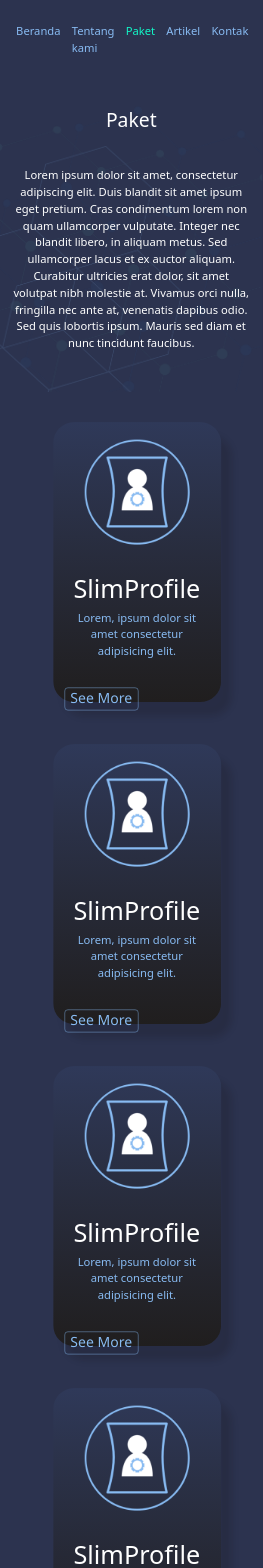
Repository: alfathard/dniztechno
Page: resources/views/product.blade.php
An editor plug-in stored every save of this project. The page is shown before and after the next save, followed by the edit.
The browser window is 375 px wide. The pictures show the part of the page from y = 0 to 2240 px (the page is 4250 px tall before and 4143 px after), at 70% of full size.
Some web libraries are served in a nearby version. The page is served by the project's Laravel application, run on PHP 8.4 with Laravel 8. Other server files are loaded and not shown. The template is opened directly, without the code that normally fills it, so the values that code supplies are empty.

Above is the page before, as saved 2025-03-22 09:39:25.
Console error: ReferenceError: $ is not defined

### public/css/style.css
/* nav-link
font-family: Segoe UI;
font-style: normal;
font-weight: normal;
font-size: 25px;

color: rgba(136,187,242,1);
color: rgba(18,248,200,1); */
html, body {
    height: 100%;
    background-color:#2c334f;
  }
.navbar-nav{
    margin-right: 50px;
    margin-left:auto;
    margin-top: 25px;
}
.nav-link{
color: rgba(136,187,242,1);
}
.nav-link.active {
    color: rgba(18,248,200,1);
  }

.ss-heading{
    background-color:#2c334f;
    height: 100%;
    padding-top:70px;
    position: relative;
}
.ss-heading-warp{
    position: relative;
    height: 100%;
    overflow: hidden;
}
.ss-heading:before{
    height: 100%;
    content:" ";
    opacity: 0.5;
    position: absolute;
    width: 100%;
    margin-bottom: 0px;
    background-image: url('/assets/images/heading/Ornament_2x_yb@2x.png'),url('/assets/images/heading/Ornament_2x@2x.png');
    background-size: 700px auto;
    background-repeat: no-repeat,no-repeat;
    background-position: -135px 0px,765px 180px;
}
.ss-heading-data{
    margin-top: 60px;
    margin-left: 20px;
    margin-right: 20px;
}
.ss-heading-logo{
    background-image: url('/assets/images/logos/Logo_Main_2x@2x.png');
    background-repeat: no-repeat;
    height: 330px;
    width: 100%; /* auto */
    background-position: right;
    margin-right: 60px;
    background-size:auto 330px;
}
.ss-heading-title{
    color: rgba(136,187,242,1);
    margin-bottom:50px;
    margin-top: auto;
    text-align: left;
    margin-right: auto;

}

.ss-heading-title-focus{
    color: rgba(18,248,200,1);
}
.ss-about-us{
   background-color:  #303958 ;
   text-align: center;
   color: white;
   height: 100%;
}
.ss-about-us .title{
    padding-top:100px;
}
.ss-about-us .content{
    max-width: 800px;
    height: 100%;
    margin:37px auto 0px auto;
    padding: 0 15px;
}
.ss-about-us .content .btn-more {
    padding-top: 0px;
    margin-top:0px;
    border: 1px solid #88BBF299;
    border-radius: 5px;
    text-align: center;
    font: normal normal normal 20px/27px Segoe UI;
    letter-spacing: 0px;
    color: #88BBF2;
}
.benefits{
    background: #303958 0% 0% no-repeat padding-box;
    opacity: 1;
    height: 100%;
    position: relative;
}
.benefits-img{
    background-image: url('/assets/images/home/benefit.png');
    background-repeat: no-repeat;
    height: 100%;
    width: 100%;
    background-position: center left 53%;
    background-size:auto 500px;
}
.ss-paket{
    margin-top: 60px;
    text-align: center;
}
.ss-paket .ss-top{
    padding-top:70px;
    margin-left: auto;
    margin-right: auto;
    max-width: 600px;
    letter-spacing: 0px;
    color: #88BBF2;
}
.ss-paket .ss-body .row{
    margin-right: 3px;
    /* margin-left:35px; */
}

/* [1] The container */
.ss-paket-card-zoom {
    height: 500px;
    width: 240px; /* [1.1] Set it as per your need */
    overflow: hidden;
    padding-top: 30px;
    border-radius: 30px; /* [1.2] Hide the overflowing of child elements */
  }

  /* [2] Transition property for smooth transformation of images */
  .ss-paket-card-zoom div{
    transition: transform .5s ease;
  }

  /* [3] Finally, transforming the image when container gets hovered */
  .ss-paket-card-zoom:hover div{
    transform: scale(1.05);
  }

.ss-paket-card{
    height: 450px;
    width: 220px;
    background: transparent linear-gradient(180deg, #2F3959 0%, #201E1E 100%) 0% 0% no-repeat padding-box;
    box-shadow: 15px 20px 10px #100F0F29;
    border-radius: 30px;
}
.ss-paket-card .ss-image{
    margin: 0px auto 0px auto;
    background-position: center;
    /* background-image: url('/assets/images/paket/SlimProfile_2x@2x.png'); */
    height: 50%;
    width: auto;
    background-repeat: no-repeat;
    background-size: 150px;
    opacity: 1;
}
.ss-paket-card .card-body .card-title{
    color: white;
}
.ss-paket-card .card-body .card-text{
    color: #88BBF2;
}
.btn-more {
    padding-top: 0px;
    margin-top:0px;
    border: 1px solid #88BBF299;
    border-radius: 5px;
    text-align: center;
    font: normal normal normal 20px/27px Segoe UI;
    letter-spacing: 0px;
    color: #88BBF2;
}
.ss-featuring{
    margin-top: 60px;
    text-align: center;
    height: 100%;
}
.ss-featuring .ss-top{
    padding-top:100px;
    margin-left: auto;
    margin-right: auto;
    max-width: 600px;
    letter-spacing: 0px;
    color: #88BBF2;
}
.ss-featuring .ss-body{
    margin-right: 35px;
    margin-left:35px;
}
.ss-featuring .ss-carousel {
    padding-top:30px;
    padding-bottom:50px;
}

/* .ss-featuring .ss-featuring-card{
    height: 100%;
    width: 500px;
    background: #FFFFFF 0% 0% no-repeat padding-box;
    border: 1px solid #707070;
    box-shadow: 15px 20px 10px #100F0F29;
    border-radius: 10px;
    opacity: 1;
} */
.ss-featuring .ss-featuring-card{
    height: 100%;
    width: 500px;
    background: #2c334f 0% 0% no-repeat padding-box;
    /* border: 1px solid #707070; */
    /* box-shadow: 15px 20px 10px #100F0F29; */
    /* border-radius: 10px; */
    opacity: 1;
}
/* .image-cropper {
    width: 100px;
    height: 100px;
    position: relative;
    overflow: hidden;
    border-radius: 50%;
} */
.ss-featuring-card .ss-circle{
    height: 100px;
    width: 100px;
    bottom: 10px;
    justify-content: center;
    background: #FFFFFF 0% 0% no-repeat padding-box;
    border-radius: 50%;
    background-size: 100px;
    opacity: 1;
}
.ss-featuring-card .card-body{
    text-align: center;
    /* margin: -114px auto auto 120px; */
}
.ss-featuring-card .card-body .card-title{
    color: #FFFFFF;
}
.ss-featuring-card .card-body .card-subtitle{
    color: #12F8C8;
    font-style: italic;
}
.ss-featuring-card .card-body .card-text{
    color: #FFFFFF;
    height: 80px;
    padding-top: 10px;
}
/* .ss-carousel .carousel-item{
    left: 132px;
    right: 125px;
} */
.carousel-indicators{
    bottom: -50px;
}
.carousel-indicators .indbutton{
    background-color : #2D3451;
    border: 1px solid #12F8C8;
    border-radius: 9px;
    opacity: 1;
    padding: 5px 30px;
}
.carousel-indicators .active{
    background-color: #12F8C8;
}
#ss-footer{
    opacity: 1;
    width: 100%;
    height: 250px;
    position: relative;
    /* background: transparent linear-gradient(90deg, #64C4B0 0%, #286CB5 100%) 0% 0% no-repeat padding-box; */
}
.ss-footer-warp{
    position: relative;
    height: 250px;
}
.ss-footer:before{
    height: 200px;
    content:" ";
    opacity: 0.7;
    position: absolute;
    width: 100%;
    margin-bottom: 0px;
    margin-top: 48px;
    /* background-color: transparent linear-gradient(270deg, #64C4B0 0%, #286CB5 100%) 0% 0% no-repeat padding-box; */
    background-image: url('/assets/images/Ornament_2x_do.png'),url('/assets/images/Ornament_2x_do@2x.png');
    background-size: 1024px auto;
    background-repeat: no-repeat,no-repeat;
    background-position: left;
}
.ss-footer-data{
    margin-top: 30px;
    margin-left: 20px;
    margin-right: 20px;
}
.ss-footer .Bottom {
    position: absolute;
    width: 100%;
    height: 100%;
    left: 0px;
    z-index: -1;
    overflow: hidden;
}
.ss-footer .Bottom_BG {
    position: absolute;
    width: 100%;
    height: 100%;
    left: 0px;
    top: 0px;
    z-index: -1;
    overflow: hidden;
}
.ss-footer .Path_2_dl {
    background-image: url("data:[embedded picture, 927 characters]");
    opacity: 0.39;
    /* top: 15.91px; */
    z-index: -1;
    position: absolute;
    top: 0px;
    transform: matrix(1,0,0,1,0,0);
}
.ss-footer .Path_3_dn {
    background-image: url("data:[embedded picture, 1021 characters]");
    opacity: 0.39;
    z-index: -1;
    position: absolute;
    transform: matrix(1,0,0,1,0,0);
}
.ss-footer .Path_1_dj {
    background-image: url("data:[embedded picture, 907 characters]");
    /* top: 34.946px; */
    top: 0px;
    z-index: -1;
    position: absolute;
    transform: matrix(1,0,0,1,0,0);
}
.ss-footer .Path_2_dl {
    background-image: url("data:[embedded picture, 927 characters]");
    opacity: 0.39;
    /* top: 15.91px; */
    top: 0px;
    z-index: -1;
    position: absolute;
    transform: matrix(1,0,0,1,0,0);
}
.ss-footer .Path_3_dn {
    background-image: url("data:[embedded picture, 1021 characters]");
    opacity: 0.39;
    z-index: -1;
    position: absolute;
    transform: matrix(1,0,0,1,0,0);
}
#Ornament_2x_do {
    position: relative;
    width: 100%;
    height: 100%;
    left: 0px;
    /* top: 34.946px; */
    top: 0px;
    overflow: hidden;
}
.ss-footer-logo{
    background-image: url('/assets/images/footer/Logo_putih@2x.png');
    background-repeat: no-repeat;
    height: 200px;
    width: auto;
    background-position: right;
    margin-top: 30px;
    margin-right: 60px;
    background-size:auto 200px;
    position: relative;
    z-index: 1;
    display: block;
}
.ss-footer-title{
    color: rgba(136,187,242,1);
    margin-bottom:20px;
    margin-top: auto;
    text-align: left;
    margin-right: auto;
    position: relative;
    z-index: 1;
}
.ss-footer-title-focus{
    color: rgba(18,248,200,1);
    position: relative;
    z-index: 1;
}
.ss-footer-link{
    height: 50px;
    width: auto;
    background-position: left;
    margin-right: 60px;
    background-size:auto 50px;
    position: relative;
    z-index: 1;
}
.ss-footer-link-warp{
    margin-top: 70px;
    position: relative;
    z-index: 1;
}
.nav-footer-link{
    color: #FFFFFF;
    position: relative;
    z-index: 1;
    }
.ss-footer-img {
    width: 100%;
    height: 100%;
    object-fit: contain;
  }

/* CSS for About Us page */

.about-us{
    background-color:#2c334f;
    height: 100%;
    padding-top:70px;
    position: relative;
}
.about-us-warp{
    position: relative;
    height: 100%;
    overflow: hidden;
}
.about-us:before{
    height: 100%;
    content:" ";
    opacity: 0.5;
    position: absolute;
    width: 100%;
    margin-bottom: 0px;
    background-image: url('/assets/images/heading/Ornament_2x_yb@2x.png'),url('/assets/images/heading/Ornament_2x@2x.png');
    background-size: 700px auto;
    background-repeat: no-repeat,no-repeat;
    background-position: -135px 0px,765px 180px;
}
.about-us-data{
    margin-left: 20px;
    margin-right: 20px;
}
.about-us .title{
    color: #FFFFFF;
    margin-bottom:50px;
    margin-top: auto;
    text-align: center;
    font-weight: bold;
    margin-right: auto;
}
.about-us .content{
    color: #FFFFFF;
    font-size: 16px;
    position: relative;
    text-align: center;
    max-width: 800px;
    height: 200px;
    margin:auto auto 0px auto;
}
.visimisi{
    background:#2c334f;
    text-align: center;
    height: 100%;
    position: relative;
}
.visimisi-box{
    background: #303958;
    opacity: 1;
    text-align: center;
    color: #88BBF2;
    position: relative;
    /* height: 300px; */
    height: fit-content;
    width: 420px;
    margin:-135px auto 0px auto;
 }
 .visimisi-box .title{
    color: #88BBF2;
    margin-bottom:30px;
    margin-top: 30px;
    text-align: center;
    font-weight: bold;
    margin-right: auto;
}
.benefit{
    background: linear-gradient(180deg, rgba(41,46,66,1) 0%, rgba(39,44,60,1) 100%);
    opacity: 1;
    height: 100%;
    position: relative;
    margin: 100px auto auto auto;
}
.benefit-img{
    background-image: url('/assets/images/about/benefit.png');
    background-repeat: no-repeat;
    height: 100%;
    width: 100%;
    background-position: center;
    margin-top: 25px;
    background-size:auto 500px;
    margin: auto;
}

.testimoni-item .circle{
    height: 100px;
    width: 100px;
    margin: 25px auto auto auto;
    justify-content: center;
    /* background-position: center; */
    background: #286CB5 0% 0% no-repeat padding-box;
    border-radius: 50%;
    background-size: 100px;
    opacity: 1;

    /* height: 100px;
    width: 100px;
    bottom: 10px;
    justify-content: center;
    background: #FFFFFF 0% 0% no-repeat padding-box;
    border-radius: 50%;
    background-size: 100px;
    opacity: 1;  */
}
.testimoni-item .title{
    color: #FFFFFF;
    text-align: center;
    margin: 25px auto auto auto;
}
.testimoni-item .subtitle{
    color: #88BBF2;
    font-style: italic;
    font-size: 14px;
    text-align: center;
}

/* #Close {
    position: absolute;
    width: 70px;
    height: 70px;
    left: 1565px;
    top: 1999px;
    overflow: visible;
    --web-animation: fadein 0.3s ease-out;
    --web-action-type: page;
    --web-action-target: About_Us.html;
    cursor: pointer;
}
.Ellipse_55 {
    position: absolute;
    overflow: visible;
    width: 70px;
    height: 70px;
    left: 0px;
    top: 0px;
}
#X {
    position: absolute;
    left: 22px;
    top: 4px;
    overflow: visible;
    width: 27px;
    white-space: nowrap;
    text-align: center;
    font-family: Segoe UI;
    font-style: normal;
    font-weight: bold;
    font-size: 42px;
    color: rgba(48,57,88,1);
}
#Fade {
    opacity: 0.66;
}
.Fade {
    position: absolute;
    overflow: visible;
    width: 1920px;
    height: 2909px;
    left: 0px;
    top: 0px;
}
#Happy_Costumer_kr {
    position: absolute;
    width: 1210px;
    height: 529px;
    left: 355px;
    top: 2061px;
    overflow: visible;
}
.Rectangle_3 {
    position: absolute;
    overflow: visible;
    width: 1210px;
    height: 529px;
    left: 0px;
    top: 0px;
} */
.modal-body{
    text-align: left;
    margin: 0px auto auto 120px;

}
.modal-body .circle{
    height: 100px;
    width: 100px;
    /* margin-left: 3px;
    margin-top: 3px; */
    margin: 0px auto auto -100px;
    background-position: left;
    background: #286CB5 0% 0% no-repeat padding-box;
    border-radius: 50%;
    background-size: 100px;
    opacity: 1;
}
.modal-body .title{
    color: #286CB5;
    text-align: left;
    margin: -100px auto auto 20px;
}
.modal-body .subtitle{
    color: #777575;
    text-align: left;
    font-style: italic;
    margin: 0px auto auto 20px;
}
.modal-body .text{
    color: #286CB5;
    margin: 0px auto auto 20px;
}

/* CSS for Contact Us page */

.contactus{
    background: url("data:[embedded picture, 343 characters]");
    height: 100%;
    padding-top:70px;
    position: relative;
}
.contactus-warp{
    position: relative;
    height: 100%;
}
.contactus:before{
    height: 100%;
    content:" ";
    opacity: 0.7;
    position: absolute;
    width: 100%;
    margin-bottom: 0px;
    background-image: url('/assets/images/heading/Ornament_2x_yb@2x.png'),url('/assets/images/heading/Ornament_2x@2x.png');
    background-size: 700px auto;
    background-repeat: no-repeat,no-repeat;
    background-position: -60px -60px,765px 150px;
    /* background-position: center top; */
}
.contactus-title{
    padding-top:70px;
    text-align: left;
    font: normal normal bold 50px/80px Segoe UI;
    letter-spacing: 0px;
    color: #FFFFFF;
    opacity: 1;
}
.contactus-content{
    text-align: left;
    font: normal normal normal 30px/42px Segoe UI;
    color: #88BBF2;
    opacity: 1;
}
.contactus-detail{
    text-align: left;
    font: normal normal 300 20px/40px Segoe UI;
    letter-spacing: 0px;
    color: #FFFFFF;
    opacity: 1;
}
.contactus-img {
    width: 100%;
    height: 100%;
    object-fit: contain;
  }
.contactus-box{
    background: #303958 0% 100% no-repeat padding-box;
    opacity: 1;
    height: 90%;
    margin: 70px auto auto 20px;
    position: relative;
}
.contactus-box-title{
    text-align: center;
    font: normal normal bold 35px/67px Segoe UI;
    letter-spacing: 0px;
    color: #88BBF2;
    opacity: 1;
    margin-top: 15px;
}
.contactus-box-subtitle{
    text-align: center;
    font: normal normal normal 15px/20px Segoe UI;
    letter-spacing: 0px;
    color: #88BBF2;
    opacity: 1;
    margin-top: 10px;
    margin-bottom: 15px;
}
.contactus-input-box{
    background: #303958;
    border: 3px solid #88BBF2;
    border-radius: 7px;
    opacity: 1;
    width: 85%;
    /* position: absolute; */
    /* margin: 25px auto auto 30px; */
    margin: 5px auto;
    display: block;
}
.contactus-button{
    background: #88BBF2 0% 0% no-repeat padding-box;
    border-radius: 6px;
    opacity: 1;
    width: 92%;
    text-align: center;
    font: normal normal 300 15px/27px Segoe UI;
    letter-spacing: 0px;
    color: #303958;
    margin: 5px auto;
    display: block;
}

/* CSS for Article List page */
.article{
    height: 100%;
    padding-top:70px;
    position: relative;
}
.article-warp{
    position: relative;
    height: 100%;
}
/* .article-data{
    margin-left: 20px;
    margin-right: 20px;
} */
.article-list{
    /* height: 100%; */
    position: relative;
    margin: -600px auto 0px auto;
}

.article-data .title{
    color: #FFFFFF;
    margin-top: auto;
    text-align: center;
    font-weight: bold;
    margin-bottom: 10px;
}

.article-title{
    color: #FFFFFF;
    margin-top: auto;
    text-align: left;
    font-weight: bold;
    margin-right: auto;
}

.article-date{
    color: #FFFFFF;
    font: normal normal 300 12px/20px Segoe UI;
    margin-top: auto;
    text-align: left;
    margin-right: auto;
}

.tm-info-box {
    max-width: 340px;
    background: #303958 0% 100% no-repeat padding-box;
    opacity: 1;
    height: 100%;
    /* margin: 70px auto auto 20px; */
    margin:35px auto 0px auto;
    position: relative;
    padding-bottom: 10px;
    border-radius: 5px;
}

.img-center {
    display: block;
    margin-left: -12px;
    margin-right: auto;
    margin-bottom: 10px;
    height: 250px;
    width: 340px;
  }

.tm-space-even {
    justify-content: space-between;
    margin:-450px auto 0px auto;
    height: 100%;
    max-width: 100%;
    /* position: absolute; */
}

.article-p .p {
    color: #88BBF2;
    overflow: hidden;
    font: normal normal 300 16px/24px Segoe UI;
    height: 50px;
    line-height: 16px;
    overflow: hidden;
    position: relative;
    word-wrap: break-word;
  }

.article-p .p:after {
    content: "";
    position :absolute;
    right: 0;
    bottom: 2px;
}

.tm-info-box-a{
    color: #88BBF2;
    text-align: right;
    display: block;
}

.pagination,
.jsgrid .jsgrid-pager {
    display: flex;
    padding-left: 0;
    list-style: none;
    border-radius: 0.25rem
}

.page-link {
    color: #88BBF2
}

.pagination.pagination-rounded-flat .page-item {
    margin: 0 .25rem
}

.pagination-success .page-item.active .page-link,
a {
    background: #88BBF2;
    border-color: #88BBF2;
    border-width: 2px;
}

.pagination.pagination-rounded-flat .page-item .page-link,
a {
    border-color: #88BBF2;
    border-radius: 50px;
    border-width: 2px;
    background: transparent;
}




/* CSS for Article Detail page */
.tm-info-box-b{
    color: #88BBF2;
    font-size: 20px;
    text-align: left;
    display: block;
    margin-bottom: 10px;
}

.textarea .p {
    color: #FFFFFF;
    overflow: hidden;
    font: normal normal 300 20px/24px Segoe UI;
    /* height: 50px; */
    /* line-height: 16px;  */
    overflow: hidden;
    position: relative;
    padding-bottom: 30px;
}

.img-detail {
    display: block;
    margin: auto;
    position: relative;
    padding-bottom: 30px;
    height: 100%;
    max-width: 800px;
    width: 100%;
    object-fit: cover;
    object-position: center;
}

.back-to-top-link {
    text-decoration: underline;
    font-size: 20px;
    font-family: 'Segoe UI';
    text-align: center;
    color: #88BBF2;
    position: sticky;
}

.back-to-top-wrapper {
    position: relative;
    padding-bottom: 30px;
    text-align: center;
}

/* CSS for Product page */
.our-product{
    background-color:#2c334f;
    height: 100%;
    padding-top:70px;
    position: relative;
}
.our-product-warp{
    position: relative;
    height: 100%;
    overflow: hidden;
}
.our-product:before{
    height: 100%;
    content:" ";
    opacity: 0.5;
    position: absolute;
    width: 100%;
    margin-bottom: 0px;
    background-image: url('/assets/images/heading/Ornament_2x_yb@2x.png'),url('/assets/images/heading/Ornament_2x@2x.png');
    background-size: 700px auto;
    background-repeat: no-repeat,no-repeat;
    background-position: -135px 0px,765px 180px;
}
.our-product-data{
    margin-left: 20px;
    margin-right: 20px;
}
.our-product .title{
    color: #FFFFFF;
    margin-bottom:50px;
    margin-top: auto;
    text-align: center;
    font-weight: bold;
    margin-right: auto;
}
.our-product .content{
    color: #FFFFFF;
    font-size: 16px;
    position: relative;
    text-align: center;
    max-width: 800px;
    height: 200px;
    margin:auto auto 0px auto;
}

.ss-product-card-zoom {
    height: auto;
    width: 240px;
    padding: 30px 0;
}
/* [1] The container for product zoom & hover*/
/* .ss-product-card-zoom {
    height: auto;
    width: 240px;
    padding-top: 30px;
} */

  /* [2] Transition property for smooth transformation of images */
/* .ss-product-card-zoom div{
    transition: transform .5s ease;
    opacity: 0.5;
    transform: scale(0.85);
  }  */

  /* [3] Finally, transforming the image when container gets hovered */
/* .ss-product-card-zoom:hover div{
    transform: scale(1.1);
    opacity: 1;
} */

.ss-product-card-default{
    height: 450px;
    width: 240px;
    background: transparent;
    position: relative;
}

.ss-product-card{
    height: 400px;
    width: 240px;
    position: relative;
    background: transparent linear-gradient(180deg, #2F3959 0%, #201E1E 100%) 0% 0% no-repeat padding-box;
    box-shadow: 15px 20px 10px #100F0F29;
    border-radius: 30px;
}

.ss-product-card-na{
    height: 380px;
    width: 220px;
    /* background: transparent; */
    position: relative;
    transition: transform .5s ease;
    opacity: 0.5;
    transform: scale(0.85);
    /* box-shadow: 15px 20px 10px #100F0F29; */
    /* border-radius: 30px; */
}

.ss-product-card .ss-image{
    margin: 0px auto 0px auto;
    background-position: center;
    /* background-image: url('/assets/images/paket/SlimProfile_2x@2x.png'); */
    height: 50%;
    width: auto;
    background-repeat: no-repeat;
    background-size: 150px;
    opacity: 1;
}

.ss-product-card-na .ss-image{
    margin: 0px auto 0px auto;
    background-position: center;
    /* background-image: url('/assets/images/paket/SlimProfile_2x@2x.png'); */
    height: 50%;
    width: auto;
    background-repeat: no-repeat;
    background-size: 150px;
    transition: transform .5s ease;
    opacity: 0.5;
    transform: scale(0.85);
}
.ss-product-card .card-body .card-title{
    font-size: 36px;
    text-align: center;
    color: white;
}
.ss-product-card .card-body .card-text{
    color: #88BBF2;
    text-align: center;
}
.ss-product-card-na .card-body .card-title{
    font-size: 36px;
    text-align: center;
    color: white;
}
.ss-product-card-na .card-body .card-text{
    color: #88BBF2;
    text-align: center;
}
/* .used {
    visibility: hidden;
    opacity: 0;
    transition: visibility 0s, opacity 1s linear;
}
.ss-product-card-zoom:hover + .used {
    color:white;
    text-align: center;
    visibility: visible;
    opacity: 1;
} */
.used {
    color:white;
    text-align: center;
    visibility: visible;
    opacity: 1;
}
.used .title{
    color: #88BBF2;
    text-align: center;
    font-weight: bold;
    font-size: 20px;
}
.used-item{
    position: relative;
    padding-bottom: 30px;
}
.used-item .circle{
    height: 75px;
    width: 75px;
    margin: 25px auto auto auto;
    justify-content: center;
    /* background-position: center; */
    /* background: #286CB5 0% 0% no-repeat padding-box; */
    background: transparent;
    border-radius: 50%;
    background-size: 75px;
    opacity: 1;
}
.used-item .text{
    color: #88BBF2;
    text-align: center;
    font-style: italic;
    margin-top: 10px;
}

.feature{
    background-color:#303958;
    height: 100%;
    padding-top:30px;
    padding-bottom:30px;
    position: relative;
}
.feature .title{
    color: #88BBF2;
    text-align: center;
    font-weight: bold;
    font-size: 36px;
}
.feature-item{
    position: relative;
    padding-left: 100px;
}
.feature-item .text{
    color: #12F8C8;
    text-align: left center;
    font-size: 24px;
    margin-left: 10px;
}
.feature-item .check{
    color: #12F8C8;
    text-align: left center;
    font-size: 24px;
}
.contactuspaket .content{
    max-width: 700px;
    height: 100%;
    position: relative;
    margin:70px auto auto auto;
    text-align: center;
}

.contactuspaket .content .title{
    color: #88BBF2;
    text-align: center;
    font-size: 24px;
    font-style: italic;
}
.contactuspaket .content .btn-more{
    width: 200px;
    height: auto;
    background-color: #88BBF2;
    border-radius: 5px;
    text-align: center center;
    font: normal normal normal 24px/36px Segoe UI;
    color: #303958;
    font-style: italic;
}


@media screen and (max-width: 480px) {
.row{
    --bs-gutter-x : 0;
}

.ss-heading-logo{
    background-position : center
}

.ss-heading-title{
    text-align: center;
    margin-top: 10px;
}

.navbar{
    padding : 1.5rem 15px;
    background-color:#2c334f;
}

.navbar .navbar-nav{
    margin: auto
}

.benefits{
    padding: 0 15px;
    height: 30%;
}

.benefits-img{
    background-size: 100%;
    margin: auto;
}

.ss-top{
    padding: 70px 15px 0;
}

.ss-footer-logo{
    margin: auto;
    background-position: center;
}

.ss-footer-title .container{
    padding-top: 15px;
}

.ss-footer-title .container table{
    margin: auto;
}

.ss-footer-link-warp .col{
    text-align: center;
}

.ss-footer-link-warp {
    margin-bottom: 25px;
    margin-top: 0;
}

/* About */
.benefit{
    padding: 0 15px;
    height: 30%;
}

.about-us-data{
    margin: 0;
    padding: 15px;
}

.benefit-img{
    background-size: 100%;
    margin: auto;
}

.visimisi-box{
    margin: 0;
    width: 100%;
}

.ss-heading-warp{
    height: auto;
}

.ss-featuring{
    margin-top: 0;
}

/* Produk/paket */
.our-product-data{
    margin: 0;
    padding: 15px;
}

.product-list{
    margin-top: 70%;
}

/* #product{
    margin-top: 70%;
} */



.feature .feature-item{
    padding: 0;
    margin: 0 50px;
}

/* Article */
#header-article-detail{
    height: 55%;
}

#header-article{
    height: 75%;
}

.tm-info-box{
    padding: 0 12px 10px 12px;
}

.article-data{
    margin: 0;
}

.article-data .title h1{
    font-size: 28px!important;
}

.article-list{
    margin : -400px auto 0px auto;
}

/* Contact */
#contact-flex{
    flex-direction: column;
}

.contactus-box{
    margin: 30px 10px 0 10px;
}

#contact-info{
    padding: 0 13px;
}

.contactus{
    height: auto;
}

.ss-footer-warp{
    padding-top: 85px !important;
    margin-top: 15px;
}

#Bottom{
    position: unset!important;
}
}

Loaded but not shown: app/Http/Controllers/Auth/ConfirmPasswordController.php (common file); app/Http/Controllers/Controller.php (common file); public/assets/plugins/bootstrap/css/bootstrap.css (library); public/assets/plugins/fontawesome-free/css/all.min.css (library); resources/views/product.blade.php (387 lines, source omitted); routes/web.php (99 lines, source omitted)

After the next save:
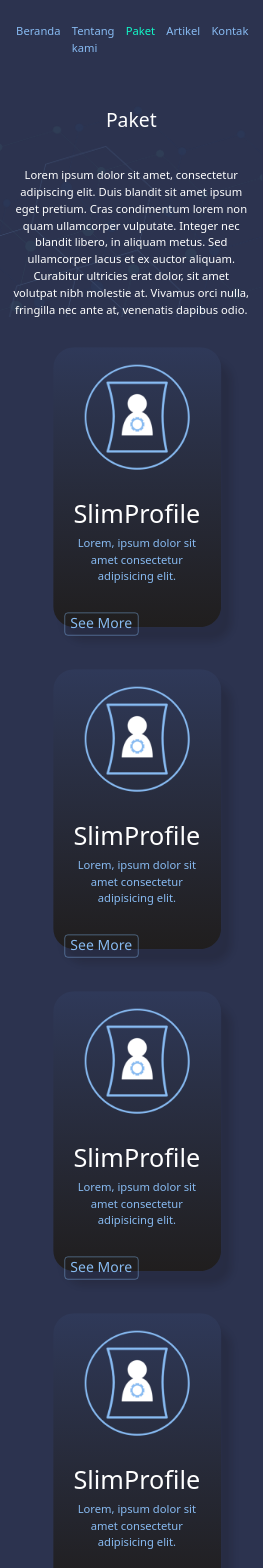
Saved 27 s later.
--- a/public/css/style.css
+++ b/public/css/style.css
@@ -1230,7 +1230,7 @@ a {
 }
 
 .ss-heading-warp{
-    height: auto;
+    height: auto!important;
 }
 
 .ss-featuring{
